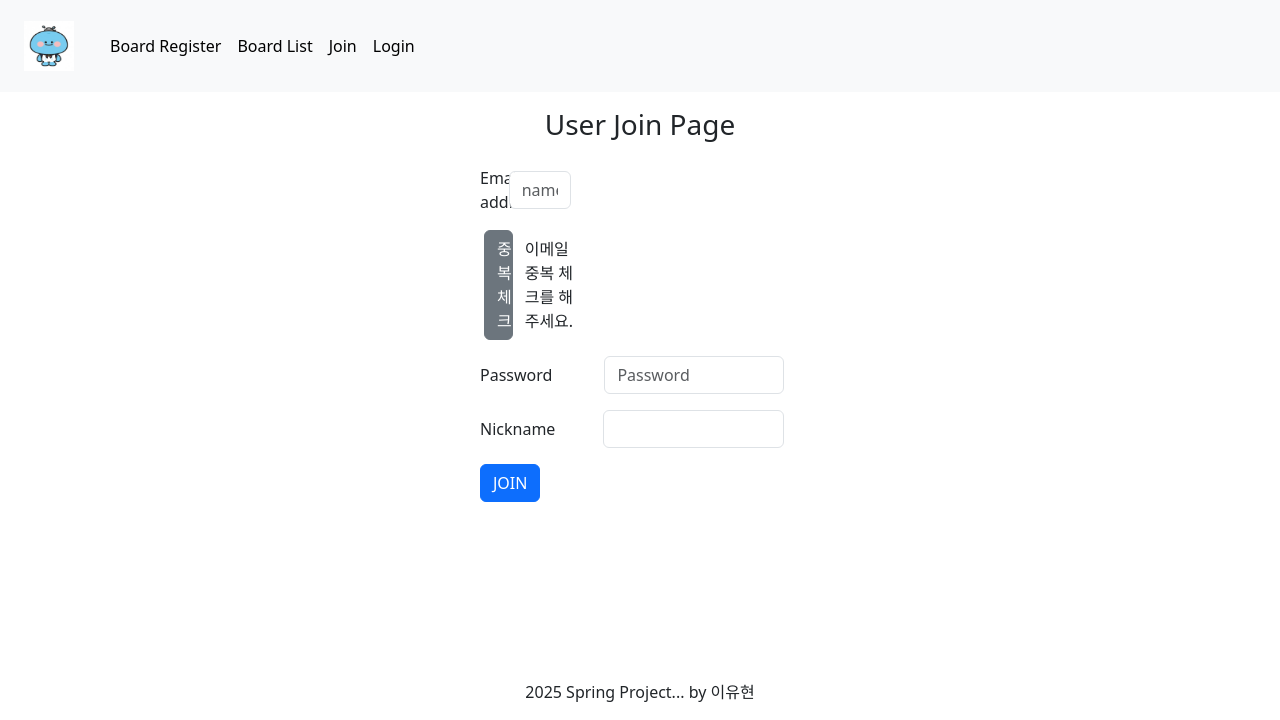
Repository: LeeYouHyeon/6.Spring
Page: http://localhost/spring_project/WEB-INF/views/user/register.jsp
An editor plug-in stored every save of this project. The page is shown before and after the next save, followed by the edit.
The browser window is 1280 px wide. The pictures show the whole page.
The page is served by Tomcat 9. Nobody is signed in. Other server files are loaded and not shown. The template is opened directly, without the code that normally fills it, so the values that code supplies are empty.

Above is the page before, as saved 2025-06-10 06:31:33.

### spring_project/src/main/webapp/WEB-INF/views/user/register.jsp
<%@ page language="java" contentType="text/html; charset=UTF-8" pageEncoding="UTF-8"%>
<%@ include file="../layout/header.jsp"%>
<%@ taglib uri="http://java.sun.com/jsp/jstl/core" prefix="c"%>

<div class="w-25 mt-3 mx-auto">
	<form action="/user/register" method="post" class="container mt-3 px-0">
		<h3 class="text-center">User Join Page</h3>
		<div class="mt-4 mb-3 row align-items-center">
			<div class="col-1">Email address</div>
			<div class="col-3">
				<input type="text"
					class="form-control"
					id="email"
					name="email"
					placeholder="name@example.com"
					required>
			</div>
		</div>
		<div class="mb-3 row align-items-center">
			<button type="button" id="emailCheckBtn" class="btn btn-secondary ms-3 col-1">중복 체크</button>
			<div class="col-3" id="emailCheckStmt">이메일 중복 체크를 해주세요.</div>
		</div>
		<div class="mb-3 d-flex align-items-center">
			<div class="me-5 pe-1">Password</div>
			<div class="me-3">
				<input type="text"
					class="form-control"
					id="pwd"
					name="pwd"
					placeholder="Password"
					required>
			</div>
		</div>
		<div class="mb-3 d-flex align-items-center">
			<div class="me-5">Nickname</div>
			<div class="me-3">
				<input type="text"
					class="form-control"
					id="nickName"
					name="nickName">
			</div>
		</div>
		<button type="submit" class="btn btn-primary">JOIN</button>
	</form>
</div>

<%@ include file="../layout/footer.jsp"%>

### spring_project/src/main/webapp/WEB-INF/views/layout/header.jsp
<%@ page language="java" contentType="text/html; charset=UTF-8" pageEncoding="UTF-8"%>
<!DOCTYPE html>
<html>
<head>
<meta charset="UTF-8">
<title>Spring Project</title>
<link rel="stylesheet" href="/resources/dist/css/bootstrap.min.css">
<script type="text/javascript" src="/resources/dist/js/bootstrap.bundle.min.js"></script>
</head>
<body>
	<nav class="navbar navbar-expand-lg bg-body-tertiary">
		<div class="container-fluid">
			<nav class="navbar bg-body-tertiary">
				<div class="container">
					<a class="navbar-brand" href="/">
						<img src="/resources/image/logo.jpg" alt="Bootstrap" width="50" height="50">
					</a>
				</div>
			</nav>
			<button class="navbar-toggler"
				type="button"
				data-bs-toggle="collapse"
				data-bs-target="#navbarSupportedContent"
				aria-controls="navbarSupportedContent"
				aria-expanded="false"
				aria-label="Toggle navigation">
				<span class="navbar-toggler-icon"></span>
			</button>
			<div class="collapse navbar-collapse" id="navbarSupportedContent">
				<ul class="navbar-nav me-auto mb-2 mb-lg-0">
					<li class="nav-item"><a class="nav-link active" aria-current="page" href="/board/register">Board Register</a></li>
					<li class="nav-item"><a class="nav-link active" aria-current="page" href="/board/list">Board List</a></li>
					<li class="nav-item"><a class="nav-link active" aria-current="page" href="/user/register">Join</a></li>
					<li class="nav-item"><a class="nav-link active" aria-current="page" href="/user/login">Login</a></li>
				</ul>
			</div>
		</div>
	</nav>

### spring_project/src/main/webapp/WEB-INF/views/layout/footer.jsp
<%@ page language="java" contentType="text/html; charset=UTF-8"
	pageEncoding="UTF-8"%>

<div class="position-absolute start-50 top-100 pb-3"
	style="transform: translate(-50%, -100%);">2025 Spring Project... by 이유현</div>
</body>
</html>

Loaded but not shown: spring_project/src/main/webapp/resources/dist/css/bootstrap.min.css (library); spring_project/src/main/webapp/resources/dist/js/bootstrap.bundle.min.js (library)

After the next save:
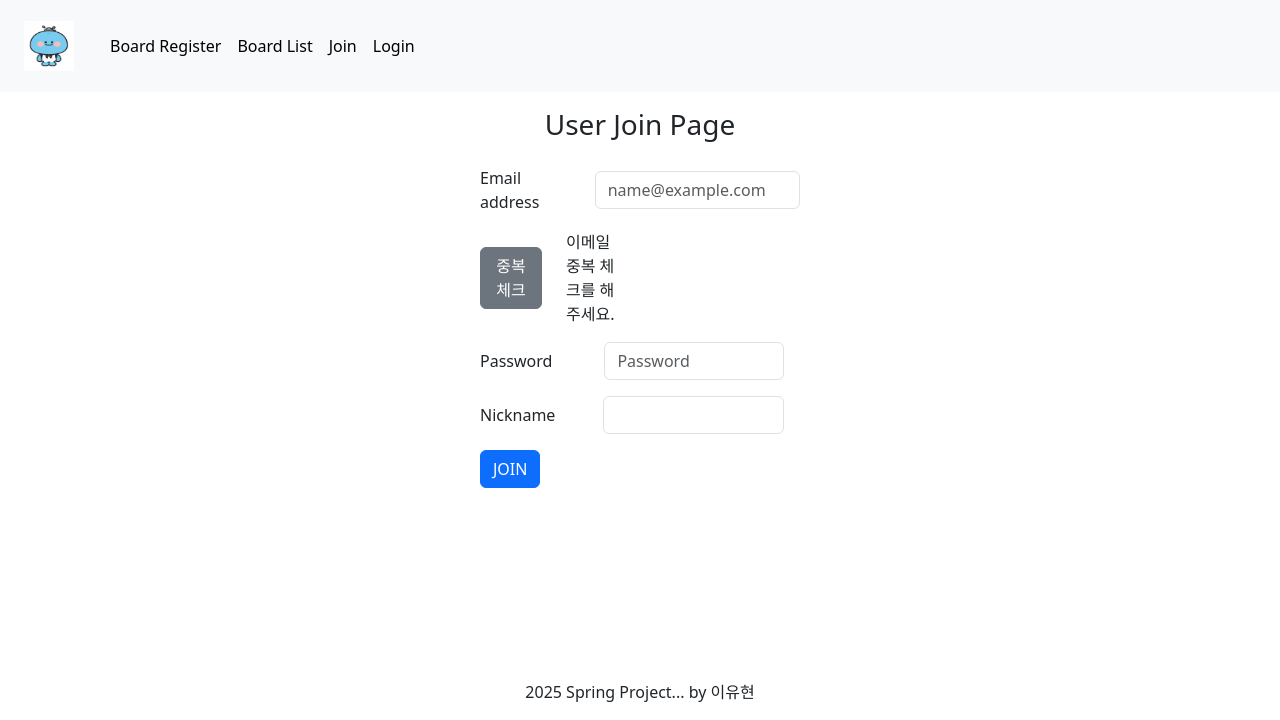
Saved 114 s later.
--- a/spring_project/src/main/webapp/WEB-INF/views/user/register.jsp
+++ b/spring_project/src/main/webapp/WEB-INF/views/user/register.jsp
@@ -6,8 +6,8 @@
 	<form action="/user/register" method="post" class="container mt-3 px-0">
 		<h3 class="text-center">User Join Page</h3>
 		<div class="mt-4 mb-3 row align-items-center">
-			<div class="col-1">Email address</div>
-			<div class="col-3">
+			<div class="col-4">Email address</div>
+			<div class="col-8">
 				<input type="text"
 					class="form-control"
 					id="email"
@@ -17,7 +17,9 @@
 			</div>
 		</div>
 		<div class="mb-3 row align-items-center">
-			<button type="button" id="emailCheckBtn" class="btn btn-secondary ms-3 col-1">중복 체크</button>
+			<div class="col-3">
+				<button type="button" id="emailCheckBtn" class="btn btn-secondary">중복 체크</button>
+			</div>
 			<div class="col-3" id="emailCheckStmt">이메일 중복 체크를 해주세요.</div>
 		</div>
 		<div class="mb-3 d-flex align-items-center">
